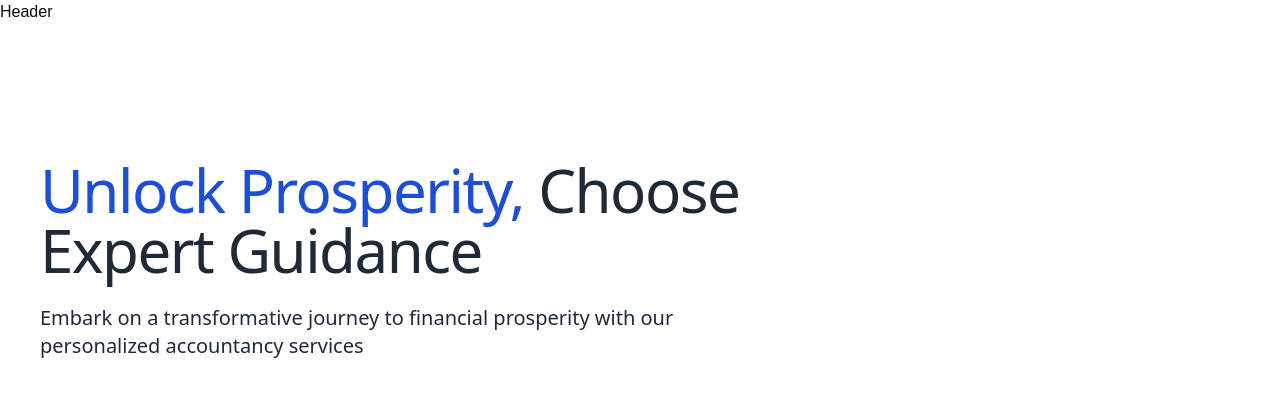
Repository: vespersolutionspk18/integrast-website
Page: /
The author's editor kept a copy of each file at every save. The page is drawn from the files as they stood at one save, then again after the next save.
The browser window is 1280 px wide. The pictures show the whole page.
The project was rebuilt for these pictures with package versions that can differ from the ones it lists, and the page was loaded fresh each time. The framework's server and built-in components were replaced by stand-ins that run in the browser. Also part of the build but not shown: next.config.ts.

Above is the page before, as saved 2024-12-09 14:46:00.

After the next save:
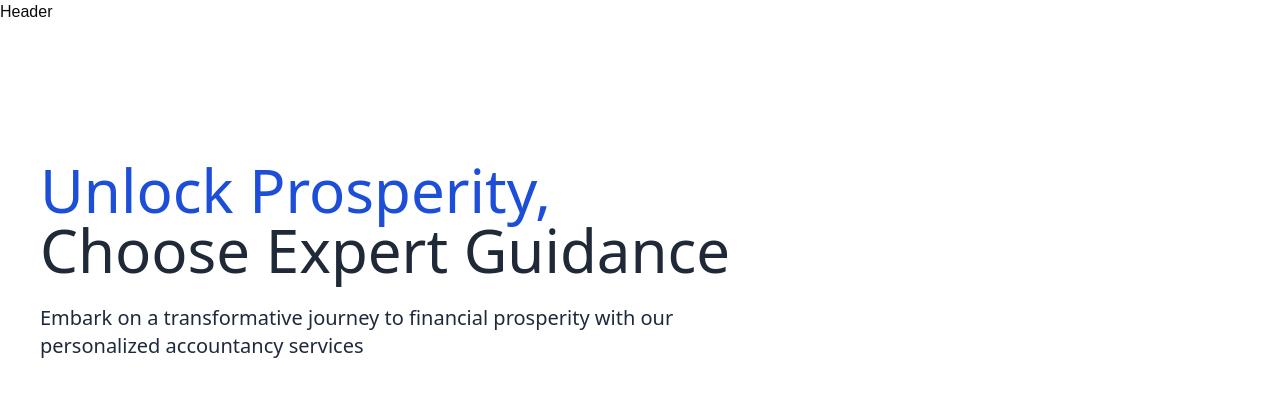
Saved 9 s later.
--- a/app/Hero.tsx
+++ b/app/Hero.tsx
@@ -5,7 +5,7 @@ const Hero = () => {
     <div className="flex flex-col p-10 ">
         <div className="flex flex-row mt-24 h-[280px] ">
             <div className="w-[60%] flex flex-col">
-                <h1 className="font-light font-sans text-6xl text-blue-700 tracking-tight">Unlock Prosperity, <span className="text-gray-800">Choose Expert Guidance</span></h1>
+                <h1 className="font-light font-sans text-6xl text-blue-700">Unlock Prosperity, <span className="text-gray-800">Choose Expert Guidance</span></h1>
                 <h4 className="text-xl font-sans text-slate-800 mt-6">Embark on a transformative journey to financial prosperity with our personalized accountancy services</h4>
             </div>
         </div>
